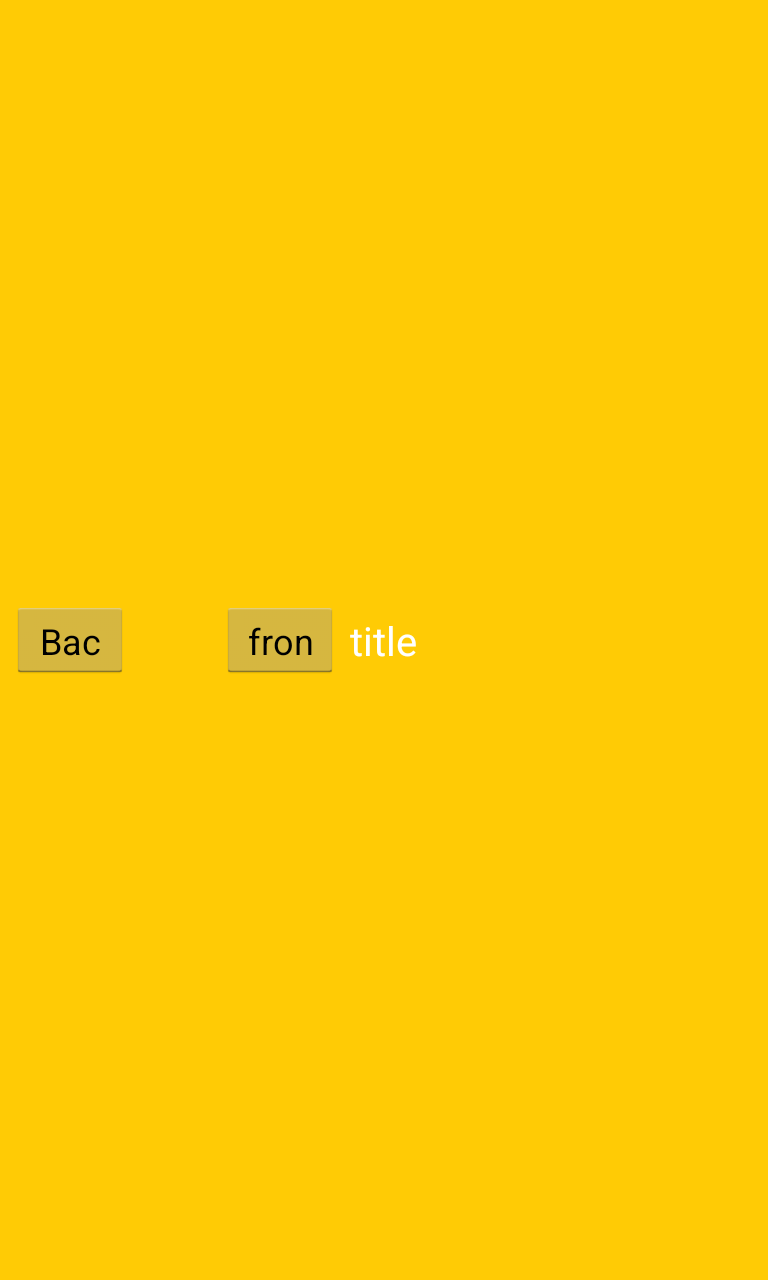
Repository: hero007asd/pin
Layout: Pin/res/layout/tt_title_view.xml
These files come from the project's save history. The layout is drawn as it stood at one moment and after the next save; the edit follows.
It is drawn on a 768 x 1280 px phone screen (xhdpi) without system bars, with theme AppTheme; the app's code is not run.

Above is the layout before, as saved 2014-07-04 10:23:43.

### Pin/res/layout/tt_title_view.xml
<?xml version="1.0" encoding="utf-8"?>
<RelativeLayout xmlns:android="http://schemas.android.com/apk/res/android"
    android:layout_width="match_parent"
    android:layout_height="50dp"
    android:background="#ffcb05"
    >
    <Button
        android:id="@+id/title_button_left"
        android:layout_centerVertical="true"
        android:layout_height="40dp"
        android:layout_marginLeft="5dp"
        android:layout_width="60dp"
        android:text="Back"/>
    <TextView
        android:id="@+id/title_text"
        android:layout_centerInParent="true"
        android:layout_height="wrap_content"
        android:layout_width="wrap_content"
        android:text="title"
        android:textColor="#fff"
        android:textSize="20sp"
        />
    <Button
        android:id="@+id/title_button_right"
        android:layout_toLeftOf="@id/title_text"
        android:layout_centerVertical="true"
        android:layout_height="40dp"
        android:layout_marginRight="5dp"
        android:layout_width="60dp"
        android:text="front"/>

</RelativeLayout>

Loaded but not shown: Pin/res/values/styles.xml (common file); Pin/res/values-v11/styles.xml (common file); Pin/res/values-v14/styles.xml (common file)

After the next save:
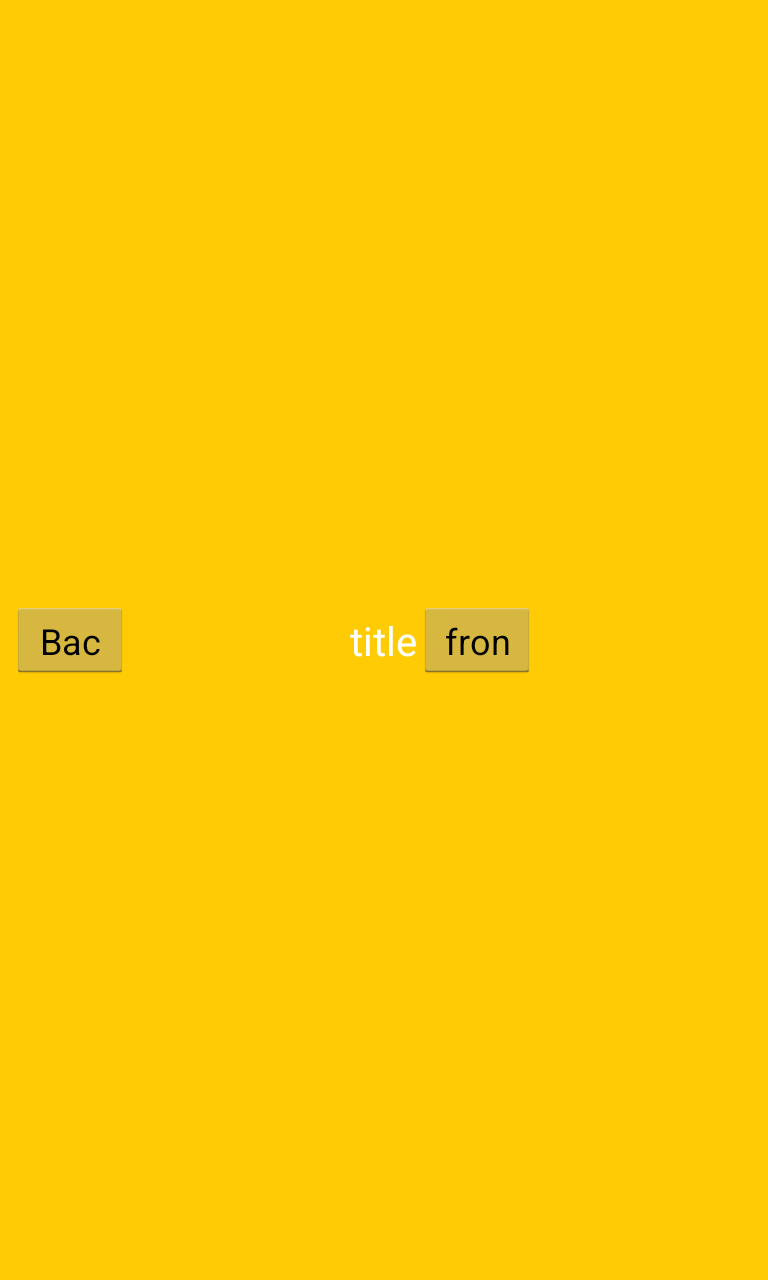
Saved 12 s later.
--- a/Pin/res/layout/tt_title_view.xml
+++ b/Pin/res/layout/tt_title_view.xml
@@ -22,7 +22,7 @@
         />
     <Button
         android:id="@+id/title_button_right"
-        android:layout_toLeftOf="@id/title_text"
+        android:layout_toRightOf="@id/title_text"
         android:layout_centerVertical="true"
         android:layout_height="40dp"
         android:layout_marginRight="5dp"
